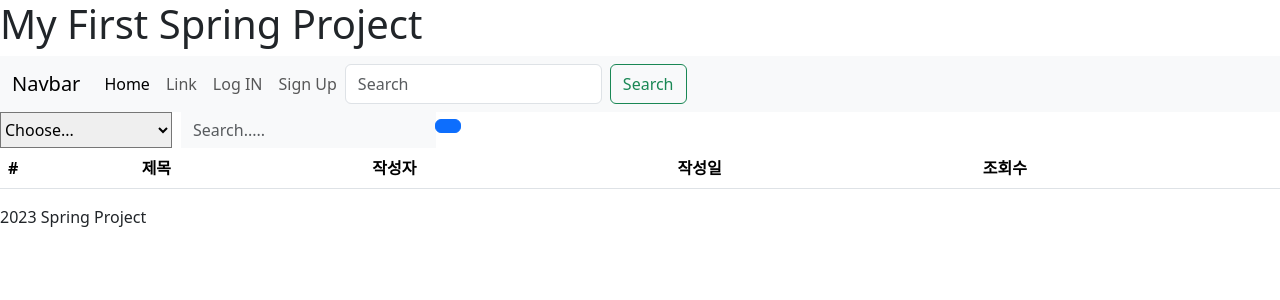
Repository: gatsby5959/_springTest
Page: http://localhost/spring-Test/WEB-INF/views/board/list.jsp
An editor plug-in stored every save of this project. The page is shown before and after the next save, followed by the edit.
The browser window is 1280 px wide. The pictures show the whole page.
The page is served by Tomcat 9. Nobody is signed in. The template is opened directly, without the code that normally fills it, so the values that code supplies are empty.

Above is the page before, as saved 2023-10-10 07:16:36.

After the next save:
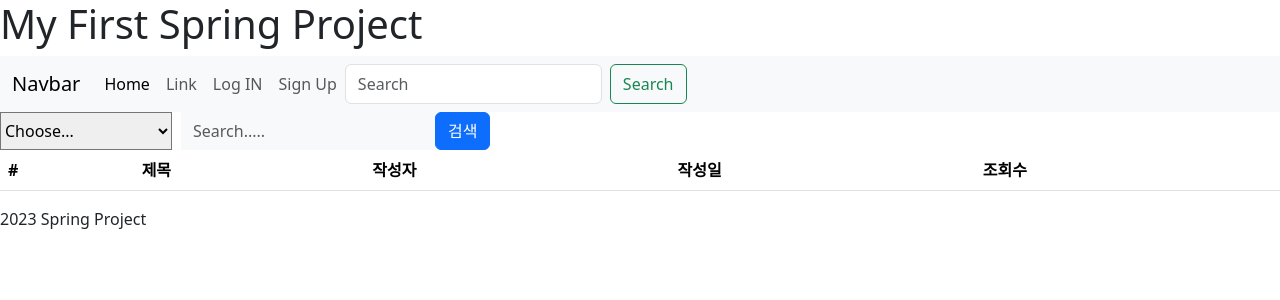
Saved 106 s later.
--- a/spring-Test/src/main/webapp/WEB-INF/views/board/list.jsp
+++ b/spring-Test/src/main/webapp/WEB-INF/views/board/list.jsp
@@ -36,6 +36,7 @@
 							 	<div class="input-group-append">
 									<button class="btn btn-primary" type="submit">
 	                                    <i class="fas fa-search fa-sm"></i>
+	                                    검색
 	                                </button>
                                 </div>
 							</div>
